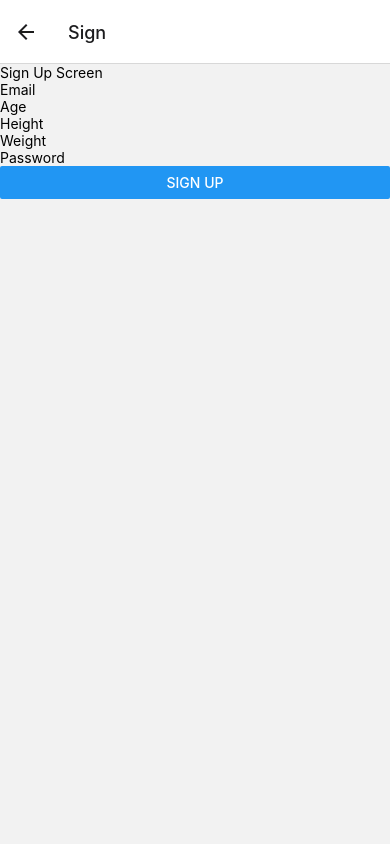
Repository: kgayathridevi/pregband
Screen: /Sign
An editor plug-in stored every save of this project. The screen is shown before and after a run of saves, followed by the edit.
The app was drawn by React Native's web renderer in a window 390 px wide. The project was rebuilt for these pictures with package versions that can differ from the ones it lists, and the page was loaded fresh each time. Also part of the build but not shown: component/Home.jsx.

Above is the screen before, as saved 2023-04-28 15:22:47.

After the next 3 saves:
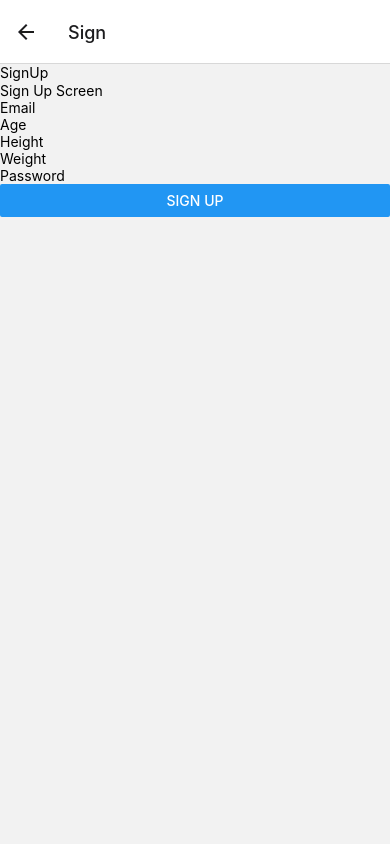
The 3 saves are shown as one change because 2 did not build or start.
The last was saved 15 min 15 s later.
--- a/component/SignUpScreen.jsx
+++ b/component/SignUpScreen.jsx
@@ -1,10 +1,18 @@
-import { StyleSheet, Text, View, TextInput } from "react-native";
+import { StyleSheet, Text, View, TextInput, SafeAreaView } from "react-native";
 import React from "react";
 import { Button } from "react-native";
 
 const SignUpScreen = ({ navigation }) => {
   return (
-    <View>
+    <SafeAreaView>
+      <View>
+        <View></View>
+        <view>
+          <Text>Sign</Text>
+          <Text>Up</Text>
+        </view>
+      </View>
+      <View></View>
       <Text>Sign Up Screen</Text>
       <TextInput placeholder="Email" />
       <TextInput placeholder="Age" />
@@ -12,7 +20,7 @@ const SignUpScreen = ({ navigation }) => {
       <TextInput placeholder="Weight" />
       <TextInput placeholder="Password" />
       <Button title="Sign Up" onPress={() => navigation.navigate("Log")} />
-    </View>
+    </SafeAreaView>
   );
 };
 
